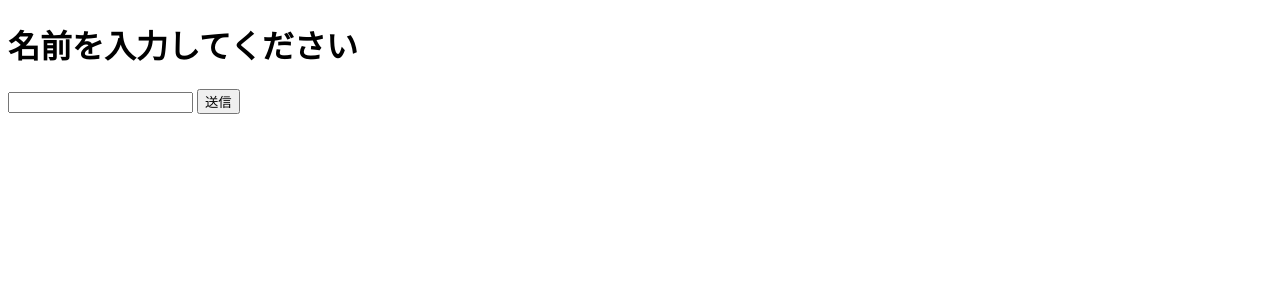
Repository: erikamikami/seasar2bbs
Page: sastruts/src/main/webapp/WEB-INF/view/echo/input.html
The author's editor kept a copy of each file at every save. The page is drawn from the files as they stood at one save, then again after the next save.
The browser window is 1280 px wide. The pictures show the whole page.

Above is the page before, as saved 2022-10-12 03:24:06.

After the next save:
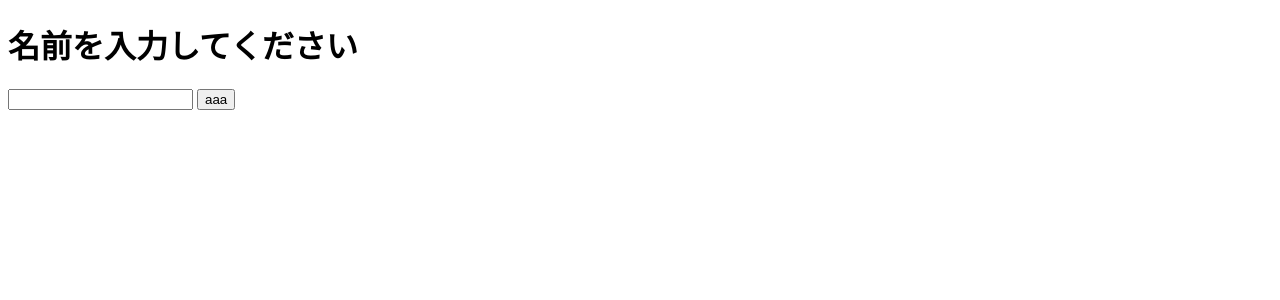
Saved 8 min 55 s later.
--- a/sastruts/src/main/webapp/WEB-INF/view/echo/input.html
+++ b/sastruts/src/main/webapp/WEB-INF/view/echo/input.html
@@ -9,7 +9,7 @@
 <form id="form">
   <h1>名前を入力してください</h1>
   <input id="name" type="text" name="name">
-  <input id="submit" type="submit" value="送信">
+  <input id="submit"  type="submit" value="aaa">
 </form>
 </body>
 </html>

After the save that followed:
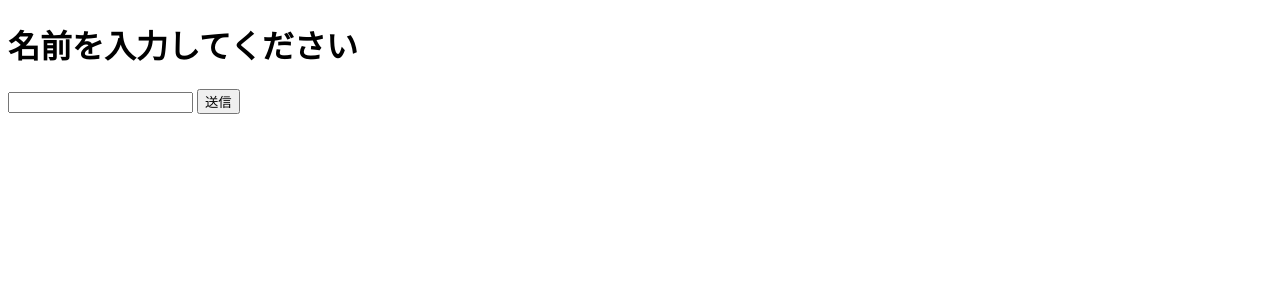
Saved 4 s later.
--- a/sastruts/src/main/webapp/WEB-INF/view/echo/input.html
+++ b/sastruts/src/main/webapp/WEB-INF/view/echo/input.html
@@ -9,7 +9,7 @@
 <form id="form">
   <h1>名前を入力してください</h1>
   <input id="name" type="text" name="name">
-  <input id="submit"  type="submit" value="aaa">
+  <input id="submit"  type="submit" value="送信">
 </form>
 </body>
 </html>
